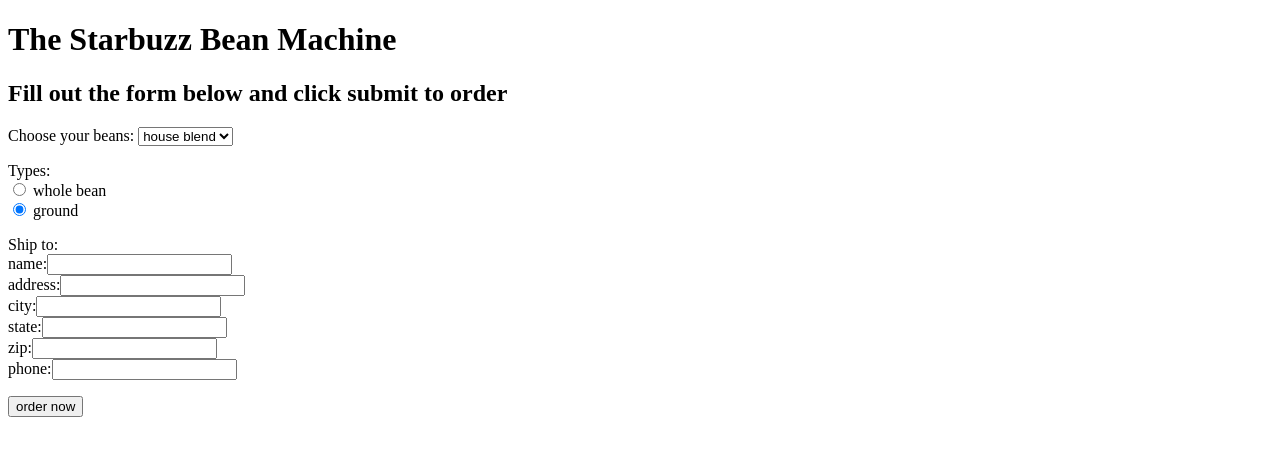
Repository: Dearning/head-first-html-css
Page: chapter14/starbuzz/form.html
The author's editor kept a copy of each file at every save. The page is drawn from the files as they stood at one save, then again after the next save.
The browser window is 1280 px wide. The pictures show the whole page.

Above is the page before, as saved 2021-09-29 19:55:56.

After the next save:
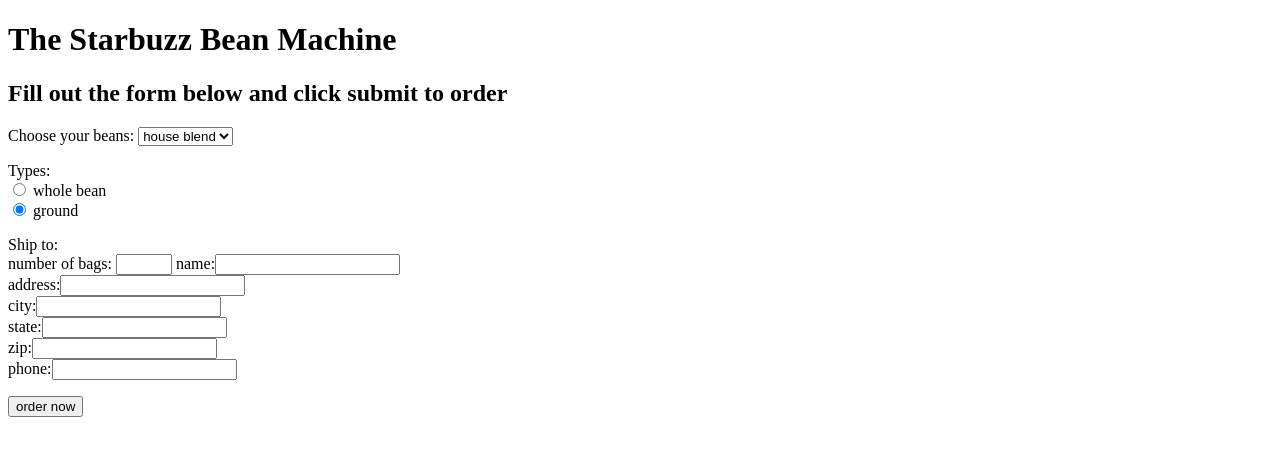
Saved 57 s later.
--- a/chapter14/starbuzz/form.html
+++ b/chapter14/starbuzz/form.html
@@ -24,6 +24,7 @@
       </p>
       <p>
         Ship to: <br>
+        number of bags: <input type="number" name="bags" min="1" max="10">
         name:<input type="text" name="name"><br>
         address:<input type="text" name="address"><br>
         city:<input type="text" name="city"><br>
